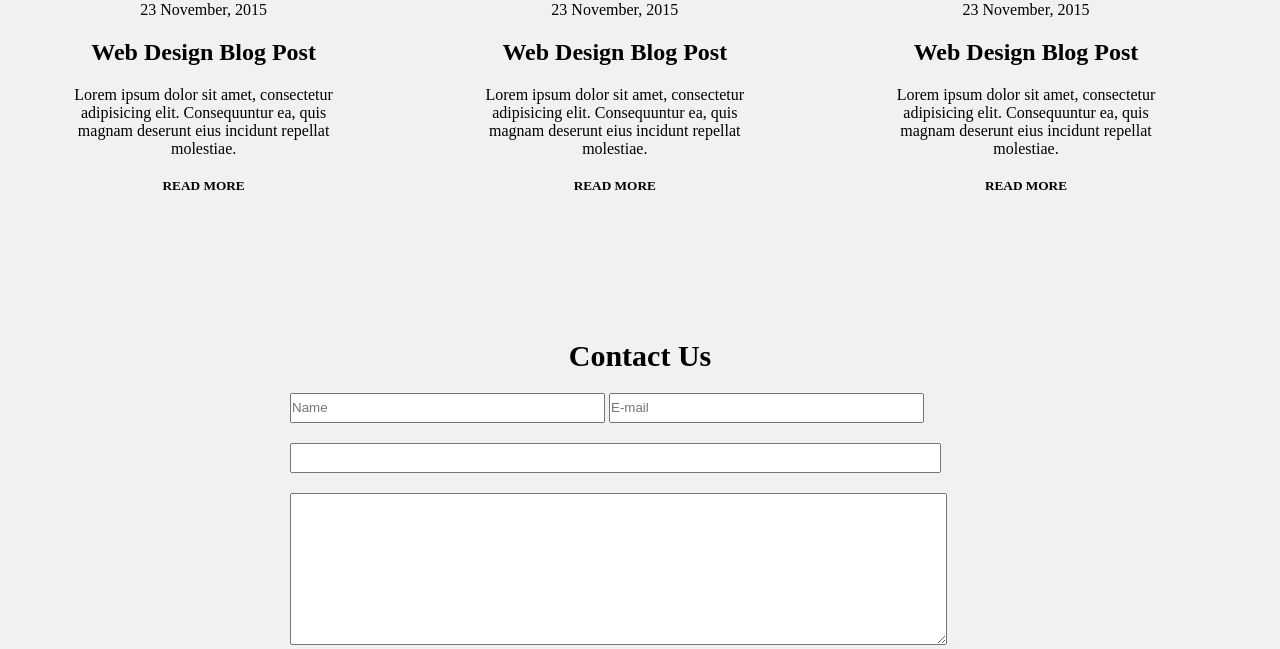
Repository: Ahmedalid/New-project
Page: Rout/index.html
An editor plug-in stored every save of this project. The page is shown before and after the next save, followed by the edit.
The browser window is 1280 px wide. The pictures show the part of the page from y = 3461 to 4118 px (the page is 4110 px tall before and 4118 px after).
A picture or video elsewhere on the page could not be fetched, so the positions and the page height are approximate.

Above is the page before, as saved 2023-05-24 19:54:19.

### Rout/index.html
<!DOCTYPE html>
<html lang="en">

<head>
    <meta charset="UTF-8">
    <meta http-equiv="X-UA-Compatible" content="IE=edge">
    <meta name="viewport" content="width=device-width, initial-scale=1.0">
    <link rel="stylesheet" href="https://cdnjs.cloudflare.com/ajax/libs/font-awesome/6.4.0/css/all.min.css">
    <link rel="stylesheet" href="css/style.css">
    <title>Document</title>
</head>

<body>
    <div class="bg-img" style="background-image: url(img/slider-02.jpg);">

        <div class="container pt">
            <div class="header-nav logo-nav">
                <h2>Fokir</h2>
            </div>
            <div class="header-nav">
                <ul>
                    <li><span class="nav-home">Home</span></li>
                    <li>About</li>
                    <li>Services </li>
                    <li>Portfolio</li>
                    <li>Testimonial</li>
                    <li>Blog </li>
                    <li>Contact</li>


                </ul>

            </div>
        </div>
        <div class="auto container">
            <h4 class="mt">Hello i'm</h4>
            <h1 class="mt">ALEX SMITH</h1>
            <p class="mt">Professional Web DesignerDesignerDeveloper</p>
        </div>

    </div>
    <div class="section-mt">
        <div class="section-2 container ">
            <div class="element-1">
                <span>
                    <img src="img/work-7.jpg" alt="Work-7">
                </span>
            </div>
            <div class="element-1">
                <h1><span>I</span>HELLO,</h1>
                <p class="mt">
                    Lorem ipsum dolor sit amet, consectetur adipisicing elit, sed do eiusmod tempor incididunt ut labore
                    et dolore magna aliqua. Ut enim ad minim veniam, quis nostrud exercitation ullamco laboris nisi ut
                    aliquip ex ea commodo consequat. Duis aute irure dolor in reprehenderit in voluptate velit esse
                    cillum dolore eu fugiat nulla pariatur. Excepteur sint occaecat cupidatat non proident, sunt in
                    culpa qui officia deserunt mollit anim id est laborum.
                </p>
                <div class="mt border"> </div>
                <div class="Name mt">
                    <div class="mt">Name: Rdam smith</div>
                    <div class="mt">Age: 26 Year</div>
                    <div class="mt">Freelance: Available</div>
                </div>
                <div class="Name mt">
                    <div class="mt">Job Title: UI/UX Designe</div>
                    <div class="mt">Location: United States, US</div>
                    <div class="mt">E-mail: example@gmail.com</div>
                </div>
                <div class="mt">
                    <button class="btn">Download CV <span><i class="fa fa-download"
                                aria-hidden="true"></i></span></button>

                    <button class="btn">Hire My <span><i class="fa fa-paper-plane"
                                aria-hidden="true"></i></span></button>
                </div>


            </div>
        </div>
    </div>
    <!-- section-3 -->
    <div class="section-bg">
        <section class="section-mt  ">
            <h1 class="pt">Our Services</h1>
            <div class="mt ">
                <div class="Services text-center">
                    <span class="mt"><i class="fa-solid fa-pen text-color"></i></span>
                    <h2 class="mt">UI/UX DESIGN</h2>
                    <p class="mt"> Lorem ipsum dolor sit amet, consectetur adipisicing elit. Ratione adipisci mollitia
                        quis
                        necstatibus.</p>
                </div>
                <div class="Services text-center">
                    <span class="mt"><i class="fa-solid fa-pen text-color"></i></span>
                    <h2 class="mt">APP DEVELOPMENT</h2>
                    <p class="mt"> Lorem ipsum dolor sit amet, consectetur adipisicing elit. Ratione adipisci mollitia
                        quis
                        necstatibus.</p>
                </div>
                <div class="Services text-center">
                    <span class="mt"><i class="fa-solid fa-pen text-color"></i></span>
                    <h2 class="mt">PRODUCT DESIGN</h2>
                    <p class="mt"> Lorem ipsum dolor sit amet, consectetur adipisicing elit. Ratione adipisci mollitia
                        quis
                        necstatibus.</p>
                </div>
                <div class="Services text-center">
                    <span class="mt"><i class="fa-solid fa-pen text-color"></i></span>
                    <h2 class="mt">UI/UX DESIGN</h2>
                    <p class="mt"> Lorem ipsum dolor sit amet, consectetur adipisicing elit. Ratione adipisci mollitia
                        quis
                        necstatibus.</p>
                </div>

            </div>
        </section>
    </div>
    <!-- section-4 -->
    <div class="">
        <section class="section-mt  ">
            <h1 class="pt">Our Portfolio</h1>
            <div class="text-center">
                <p class="p-Our">All</p>
                <p class="p-Our">GRAPHIC</p>
                <p class="p-Our">WEB DESIGN</p>
                <p class="p-Our">PRADNIG</p>
            </div>
            <div class="mt container">
                <div class="Portfolio text-center">
                    <span>
                        <img src="img/1.jpg" alt="">
                    </span>
                </div>
                <div class="Portfolio text-center">
                    <span>
                        <img src="img/2.jpg" alt="">
                    </span>
                </div>
                <div class="Portfolio text-center">
                    <span>
                        <img src="img/3.jpg" alt="">
                    </span>
                </div>
                <div class="Portfolio text-center">
                    <img src="img/5.jpg" alt="">
                </div>
                <div class="Portfolio text-center">
                    <img src="img/4.jpg" alt="">
                </div>
                <div class="Portfolio text-center">
                    <img src="img/6.jpg" alt="">
                </div>

            </div>
        </section>
    </div>

    <div class="section-bg">
        <section class="section-mt  ">
            <div class="mt ">
                <div class="Services text-center">
                    <span class="mt"><i class="fa-solid fa-pen text-color"></i></span>
                    <h2 class="mt">7</h2>
                    <p class="mt">Lorem, ipsum dolor.</p>
                </div>
                <div class="Services text-center">
                    <span class="mt"><i class="fa-solid fa-pen text-color"></i></span>
                    <h2 class="mt">9</h2>
                    <p class="mt"> Lorem ipsum dolor sit..</p>
                </div>
                <div class="Services text-center">
                    <span class="mt"><i class="fa-solid fa-pen text-color"></i></span>
                    <h2 class="mt">5</h2>
                    <p class="mt">Lorem ipsum dolor sit..</p>
                </div>
                <div class="Services text-center">
                    <span class="mt"><i class="fa-solid fa-pen text-color"></i></span>
                    <h2 class="mt">7</h2>
                    <p class="mt"> Lorem, ipsum dolor.</p>
                </div>

            </div>
        </section>
    </div>
    <section class="section-mt">
        <h1 class="text-center">Client's Feedback</h1>
        <div class="text-center mt">
            <img src="img/2 (1).jpg" alt="" class="w-3">
        </div>
    </section>
    <div class="section-bg">
        <section class="section-mt  ">
            <h1 class="pt">Our Blog</h1>
            <div class="mt ">
                <div class="Blog text-center">
                    <span class="mt">
                        <img src="img/1 (1).jpg" alt="">
                    </span>
                    <p class="mt">23 November, 2015</p>
                    <h2 class="mt"> Web Design Blog Post </h2>
                    <p class="mt">Lorem ipsum dolor sit amet, consectetur adipisicing elit. Consequuntur ea, quis magnam deserunt
                        eius incidunt repellat molestiae.</p>
                        <h5 class="mt">READ MORE </h5>


                </div>
                <div class="Blog text-center">
                    <span class="mt">
                        <img src="img/1 (1).jpg" alt="">
                    </span>
                    <p class="mt">23 November, 2015</p>
                    <h2 class="mt"> Web Design Blog Post </h2>
                    <p class="mt">Lorem ipsum dolor sit amet, consectetur adipisicing elit. Consequuntur ea, quis magnam deserunt
                        eius incidunt repellat molestiae.</p>
                        <h5 class="mt">READ MORE </h5>


                </div>
                <div class="Blog text-center">
                    <span class="mt">
                        <img src="img/1 (1).jpg" alt="">
                    </span>
                    <p class="mt">23 November, 2015</p>
                    <h2 class="mt"> Web Design Blog Post </h2>
                    <p class="mt">Lorem ipsum dolor sit amet, consectetur adipisicing elit. Consequuntur ea, quis magnam deserunt
                        eius incidunt repellat molestiae.</p>
                        <h5 class="mt">READ MORE </h5>


                </div>



            </div>
        </section>
        <section class="section-mt">
            <div class="text-center">
                <h1>Contact Us</h1>

            </div>
            <div class="Contact">
                <div class="mt">
                 <input type="text" placeholder="Name" class="w-5 h-input" name="" id="">
                <input type="text" name="" id="" placeholder="E-mail" class="w-5 input-l h-input">
                <input type="text" class="w-10 mt h-input" name="" id="">
                <textarea name="" class="mt" id="" cols="80" rows="10"></textarea>
                <button class=""></button>
                </div>
            </div>
        </section>
    </div>
</body>

</html>

### Rout/css/style.css
*{
    margin: 0;
    padding: 0;
    box-sizing: border-box;
}
.container{
    margin: auto 111px;
}
.bg-img{
    background-repeat: no-repeat;
    background-size: cover;
    height: 100vh;
}
.header-nav{
    display: inline-block;
    width: 49%;
    color: white;
}
.pt{
    padding-top: 25px;
}
.mt{
    margin-top: 20px;
}
.logo-nav h2{
    color: #ff305b;
    font-weight: bold;
    cursor: pointer;
    transition: 1.5s;
}
.logo-nav h2:hover{
    text-decoration: underline;
}
.header-nav ul li{
    display: inline-block;
    padding-left: 17px;
}
.nav-home{
    color: #ff305b;
}
.header-nav ul li:hover{
    text-decoration: underline;
    color: #ff305b;
    cursor: pointer;
}
.auto{
    /* margin: auto; */
    padding-top: 230px;
    color: white;
    text-align: center;
    font-weight: bold;
}
.element-1{
    display: inline-block;
    width: 49%;
    vertical-align: top;
}
.element-1 h1 span{
    color: #ff305b;
}
.border{
    border: dotted 1px black;
}
.Name{
    display: inline-block;
    width: 48%;
}
.section-mt{
    margin-top: 30px;
}
.btn{
    border: none;
    outline: none;
    background-color: #ff305b;
    color: white;
    padding: 12px;
    border-radius: 10px;
    cursor: pointer;
    transition: 0.5s;
}
.btn:hover{
    background-color: #ec2403;
}
.btn span i{
    margin-left: 7px;
}
.section-mt h1{
    text-align: center;
    font-size: 30px;
    font-weight: bold;
    padding-top: 100px;
}
.section-bg{
    background-color: #f1f1f1;

}
.Services{
    margin: auto 50px;
    display: inline-block;
    width: 15%;
    padding: 15px;
    cursor: pointer;
    transition: width 2s;
}
.text-color{
    color: #ff305b;
}
.text-center{
    text-align: center;
}
.Services:hover{
    background-color: white;
    width: 20%;

}

.Portfolio{
    /* margin: auto 50px; */
    display: inline-block;
    width: 33%;
    /* padding: 15px; */
    cursor: pointer;
    transition: width 2s;
}
img{
    width: 100%;
}
.p-Our{
    display: inline-block;
    text-align: center;
    margin-top: 15px;
    padding-left: 20px;
    transition: all 0.5s;
    cursor: pointer;
}
.p-Our:hover{
    border-bottom: 1px solid #ff305b;
}
.w-3{
    width: 30%;
}
.Blog{
    margin: auto 50px;
    display: inline-block;
    width: 24%;
    padding: 15px;
    cursor: pointer;
    transition: width 2s;
}
.Contact{
    margin: auto 290px;
}
.w-5{
    width: 45%;
}
.h-input{
    height: 30px;
}
.w-10{
    width: 93%;
}
.input-l{
    /* margin-left: 250px; */
}

After the next save:
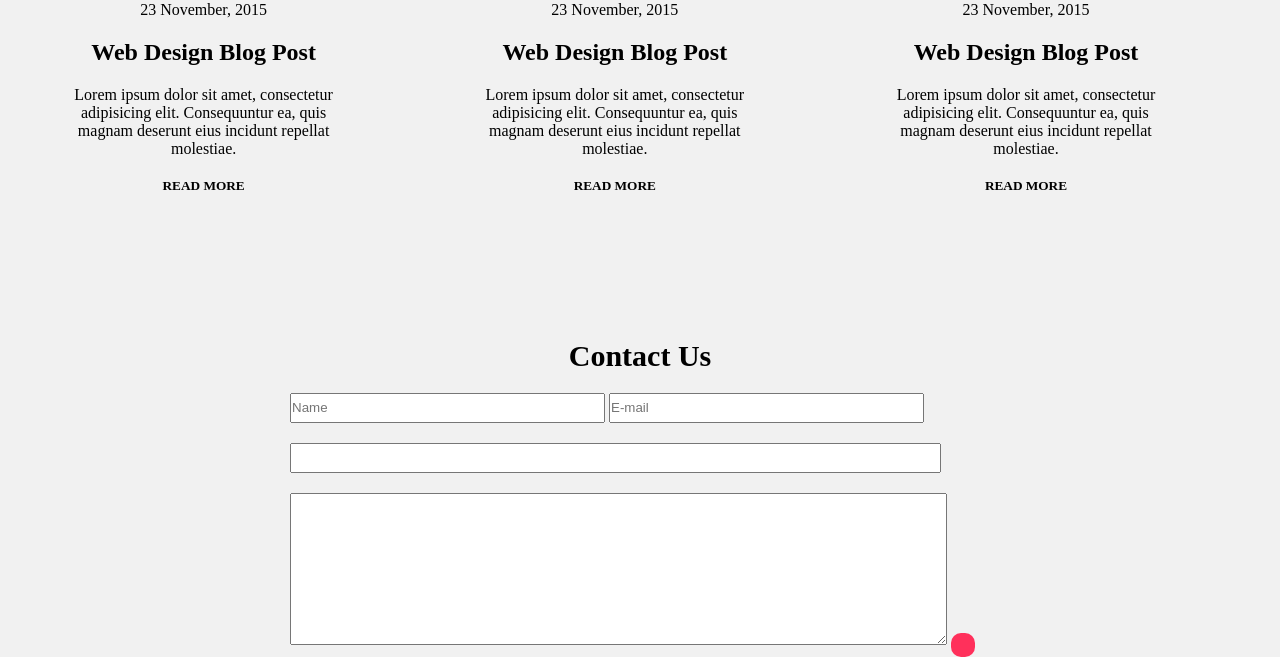
Saved 8 s later.
--- a/Rout/index.html
+++ b/Rout/index.html
@@ -244,7 +244,7 @@
                 <input type="text" name="" id="" placeholder="E-mail" class="w-5 input-l h-input">
                 <input type="text" class="w-10 mt h-input" name="" id="">
                 <textarea name="" class="mt" id="" cols="80" rows="10"></textarea>
-                <button class=""></button>
+                <button class="btn"></button>
                 </div>
             </div>
         </section>
